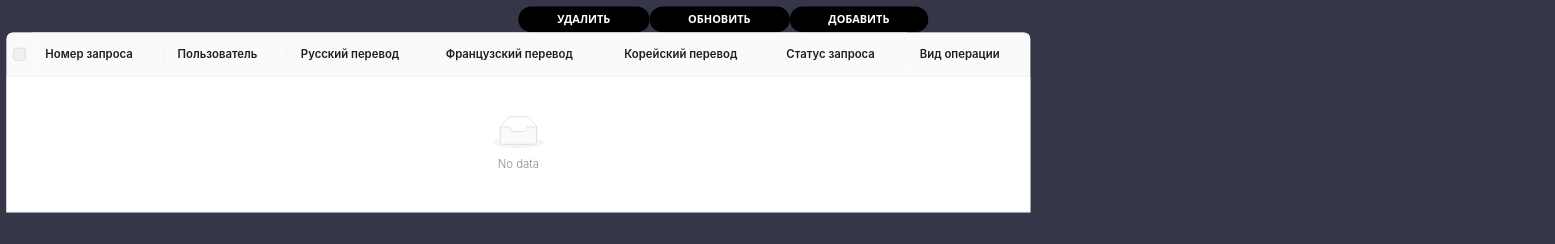
Repository: DoctorLivchic/is_audio_idioms_front
Page: /Activity_moderator_and_expert/Activity_moderator
The author's editor kept a copy of each file at every save. The page is drawn from the files as they stood at one save, then again after the next save.
The browser window is 1280 px wide. The page is 1904 px wide, then 2018 px, so the pictures cover 1920 px, including what lies to the right of the window. The pictures show the whole page, at 81% of full size.
The page's requests for data from a server got no answer. The project was rebuilt for these pictures with package versions that can differ from the ones it lists, and the page was loaded fresh each time. No one was signed in, and anything a server would have sent is missing. Also part of the build but not shown: src/CONST.js, src/main/Main.js, src/main_page/Main_page_aut.js, src/main_page/Main_page.js, src/main/Main_aut.js, src/Authorization.js, src/Authorization_Other.js, src/Users_personal_account.js and 4 more.

Above is the page before, as saved 2023-04-14 19:20:11.

### src/index.js
import React from 'react';
import ReactDOM from 'react-dom/client';
import App from './App';
import './Main.css'


//ReactDOM.render(<App/>,document.getElementById('root'));

const root = ReactDOM.createRoot(document.getElementById('root'));
root.render(
  <React.StrictMode>
    <App/>
  </React.StrictMode>
);

### src/App.js
import React, { Component } from 'react';
import Main from './main/Main';
import Main_page_aut from './main_page/Main_page_aut';
import Main_page from './main_page/Main_page';
import Main_aut from './main/Main_aut'
import Authorization from './Authorization';
import Authorization_Other from './Authorization_Other';
import Users_personal_account from './Users_personal_account';
import Expert_personal_account from './Expert_personal_account';
import Moderator_personal_account from './Moderator_personal_account';
import Addendum from './user_action/Addendum';
import Editing from './user_action/Editing';
import Activity_moderator from './Activity_moderator_and_expert/Activity_moderator';
import { Route, Routes, BrowserRouter } from 'react-router-dom';
import { useState, useEffect } from 'react'
import { supabase } from './supabaseClient'


export default function App() {

  const [session, setSession] = useState(null)

  useEffect(() => {
    supabase.auth.getSession().then(({ data: { session } }) => {
      setSession(session)
    })

    supabase.auth.onAuthStateChange((_event, session) => {
      setSession(session)
    })
  }, [])
  return(
    <div className='App'>
      <div className="ty">
     <BrowserRouter>
         <Routes>
             <Route  path='/main/Main' element={<Main />}/>
             <Route  path='/avtorizacia/Authorization' element={<Authorization />}/>
             <Route  path='/' element={<Main_page />}/>
             <Route  path='/Users_personal_account' element={<Users_personal_account />}/>
             <Route  path='/Expert_personal_account' element={<Expert_personal_account />}/>
             <Route  path='/Moderator_personal_account' element={<Moderator_personal_account />}/>
             <Route  path='/main_page/Main_page_aut' element={<Main_page_aut />}/>
             <Route  path='/main/Main_aut' element={<Main_aut />}/>
             <Route  path='/Authorization_Other' element={<Authorization_Other />}/>
             <Route  path='/user_action/Addendum' element={<Addendum />}/>
             <Route  path='/user_action/Editing' element={< Editing  />}/>
             <Route  path='/Activity_moderator_and_expert/Activity_moderator' element={< Activity_moderator  />}/>
           </Routes>
         </BrowserRouter>
     </div>
    </div>

   );
 }



  // return (
  //   <div className="container" style={{ padding: '50px 0 100px 0' }}>
  //     {!session ? <Auth /> : <Account key={session.user.id} session={session} />}
  //   </div>
  // )

### src/Main.css
/*===========================
  Меню перевода
============================*/
.headerleft{
  display: table-cell;
  vertical-align: middle;
  background-color: #eeeeee;
  position: relative;
  left: 24%;
  border-radius: 20px;
  width: 44%;
}
.headercenter{
  display: table-cell;
  vertical-align:middle;
  position: relative;
  left: 63%;
}
.headerRight{
  display: table-cell;
  vertical-align: middle;
  background-color: #eeeeee;
  position: relative;
  left: 100%;
  border-radius: 20px;
  width: 44%;
}

.languagelabel {
  background: #ffffff;
  position: relative;
  box-shadow: 0px 10px 20px rgba(0, 0, 0, 0.3);
  border-radius: 15px;
  margin: 20%;
  display: table;
  left: 10%;
  width: 50%;
}

.buttom-block-left {
  display: table;
  margin-left: 25%;
  margin-right: 7vw;
  margin-top: 35%;
}
.buttom-block-right {
  display: table;
  margin-left: 25%;
  margin-right: 7vw;
  margin-top: 35%;
}
.search-block-left{
  margin-right: 2vw;
  width: 0em;
  margin-top: 50px;
}
.search-block-right {
  display: block;
  margin-left: 13vw;
  margin-right: 5vw;
  width: 10em;
  margin-top: 82px;
}
.buttom-audio{
  position: relative;
  left: 68%;

}

body {
  font-family: "Poppins", sans-serif;
  font-weight: 300;
  font-size: 15px;
  line-height: 1.7;
  color: #c4c3ca;
  background-color: #282a3def;
  overflow-x: hidden;
}
a {
  cursor: pointer;
  transition: all 200ms linear;
  position: relative;
  left: -0%;
}
a:hover {
  text-decoration: none;
}
.link {
  color: #c4c3ca;
}
.link:hover {
  color: #ffeba7;
}
p {
  font-weight: 500;
  font-size: 14px;
  line-height: 1.7;
}
h4 {
  font-weight: 600;
  position: relative;
  left: -8%;
}
h6 span {
  padding: 0 30px;
  text-transform: uppercase;
  font-weight: 750;
  color: #929292ea;
  position: relative;
  left: 2.9%;
}
h2{
  position: relative;
  left: 0.5%;
  top: -60px;
  color: #cececeea;
  font-size: 200%;
}
.section {
  position: relative;

  width: 100%;
  display: block;
}
.full-height {
  min-height: 100vh;
}
[type="checkbox"]:checked,
[type="checkbox"]:not(:checked) {
  position: absolute;
  left: -9999px;
}
.Text_area{
  position: relative;
  left: -24%;
  height: 150px;
  width: 130%;




}
/*===========================
	Авторизация
============================*/
.checkbox:checked + label,
.checkbox:not(:checked) + label {
  position: relative;
  left: 2.5%;
  display: block;
  text-align: center;
  width: 60px;
  height: 16px;
  border-radius: 8px;
  padding: 0;
  margin: 10px auto;
  cursor: pointer;
  background-color: #ffeba7;
}
.checkbox:checked + label:before,
.checkbox:not(:checked) + label:before {
  position: absolute;
  display: block;
  width: 36px;
  height: 36px;
  border-radius: 50%;
  color: #ffeba7;
  background-color: #102770;
  font-family: "unicons";
  content: "\eb4f";
  z-index: 20;
  top: -10px;
  left: -10px;
  line-height: 36px;
  text-align: center;
  font-size: 24px;
  transition: all 0.5s ease;
}
.checkbox:checked + label:before {
  transform: translateX(44px) rotate(-270deg);
}

/*----------------------------------------------*/
.card-3d-wrap {
  position: relative;
  width: 440px;
  max-width: 100%;
  height: 400px;
  -webkit-transform-style: preserve-3d;
  transform-style: preserve-3d;
  perspective: 800px;
  margin-top: 60px;
}
.card-3d-wrapper {
  width: 120%;
  height: 120%;
  position: absolute;
  top: 0;
  left: 0;
  -webkit-transform-style: preserve-3d;
  transform-style: preserve-3d;
  transition: all 600ms ease-out;
}
.card-front,
.card-back {
  width: 100%;
  height: 100%;
  background-color: #2a2b38;
  /*background-image: url("https://s3-us-west-2.amazonaws.com/s.cdpn.io/1462889/pat.svg");*/
  background-position: bottom center;
  background-repeat: no-repeat;
  background-size: 300%;
  position: absolute;
  border-radius: 6px;
  left: -5;
  top: 60;
  -webkit-transform-style: preserve-3d;
  transform-style: preserve-3d;
  -webkit-backface-visibility: hidden;
  -moz-backface-visibility: hidden;
  -o-backface-visibility: hidden;
  backface-visibility: hidden;
}
.card-back {
  transform: rotateY(180deg);
}


/*Стили для регистрации\авторизации модераторов\экспертов */

.card-front_Other,
.card-back_Other {
  width: 100%;
  height: 210%;
  background-color: #2a2b38;
  /*background-image: url("https://s3-us-west-2.amazonaws.com/s.cdpn.io/1462889/pat.svg");*/
  background-position: bottom center;
  background-repeat: no-repeat;
  background-size: 300%;
  position: absolute;
  border-radius: 6px;
  left: -5;
  top: 60;
  -webkit-transform-style: preserve-3d;
  transform-style: preserve-3d;
  -webkit-backface-visibility: hidden;
  -moz-backface-visibility: hidden;
  -o-backface-visibility: hidden;
  backface-visibility: hidden;
}
.card-back_Other {
  transform: rotateY(180deg);
}



.card-front_Add{
  width: 100%;
  height: 100%;
  background-color: #2a2b38;
  /*background-image: url("https://s3-us-west-2.amazonaws.com/s.cdpn.io/1462889/pat.svg");*/
  background-position: bottom center;
  background-repeat: no-repeat;
  background-size: 300%;
  position: absolute;
  border-radius: 6px;
  left: -5;
  top: 60;
  -webkit-transform-style: preserve-3d;
  transform-style: preserve-3d;
  -webkit-backface-visibility: hidden;
  -moz-backface-visibility: hidden;
  -o-backface-visibility: hidden;
  backface-visibility: hidden;
}




.checkbox:checked ~ .card-3d-wrap .card-3d-wrapper {
  transform: rotateY(180deg);
}
.center-wrap {
  position: absolute;
  width: 100%;
  padding: 0 35px;
  top: 50%;
  left: 0;
  transform: translate3d(0, -50%, 35px) perspective(100px);
  z-index: 20;
  display: block;
}
.form-group {
  position: relative;
  left: -15%;
  display: block;
  margin: 0;
  padding: 0;
  width: 70%;
  height: 90%;
}
.form-style {
  padding: 13px 20px;
  padding-left: 55px;
  height: 48px;
  width: 100%;
  font-weight: 500;
  border-radius: 4px;
  font-size: 14px;
  line-height: 22px;
  letter-spacing: 0.5px;
  outline: none;
  color: #c4c3ca;
  background-color: #1f2029;
  border: none;
  -webkit-transition: all 200ms linear;
  transition: all 200ms linear;
  box-shadow: 0 4px 8px 0 rgba(255, 253, 253, 0.496);
}
.form-style1{
  padding: 13px 20px;
  padding-left: 55px;
  height: 48px;
  width: 100%;
  font-weight: 500;
  border-radius: 4px;
  font-size: 14px;
  line-height: 22px;
  letter-spacing: 0.5px;
  outline: none;
  color: #c4c3ca;
  background-color: #1f2029;
  border: none;
  -webkit-transition: all 200ms linear;
  transition: all 200ms linear;
  box-shadow: 0 4px 8px 0 rgba(246, 52, 52, 0.496);
}
.form-style:focus,
.form-style:active {
  border: none;
  outline: none;
  box-shadow: 0 4px 8px 0 rgba(255, 253, 253, 0.496);
}
.input-icon {
  position: absolute;
  top: 0;
  left: 18px;
  height: 48px;
  font-size: 24px;
  line-height: 48px;
  text-align: left;
  color: #ffeba7;
  -webkit-transition: all 200ms linear;
  transition: all 200ms linear;
}

.form-group input:-ms-input-placeholder {
  color: #c4c3ca;
  opacity: 0.7;
  -webkit-transition: all 200ms linear;
  transition: all 200ms linear;
}
.form-group input::-moz-placeholder {
  color: #c4c3ca;
  opacity: 0.7;
  -webkit-transition: all 200ms linear;
  transition: all 200ms linear;
}
.form-group input:-moz-placeholder {
  color: #c4c3ca;
  opacity: 0.7;
  -webkit-transition: all 200ms linear;
  transition: all 200ms linear;
}
.form-group input::-webkit-input-placeholder {
  color: #c4c3ca;
  opacity: 0.7;
  -webkit-transition: all 200ms linear;
  transition: all 200ms linear;
}
.form-group input:focus:-ms-input-placeholder {
  opacity: 0;
  -webkit-transition: all 200ms linear;
  transition: all 200ms linear;
}
.form-group input:focus::-moz-placeholder {
  opacity: 0;
  -webkit-transition: all 200ms linear;
  transition: all 200ms linear;
}
.form-group input:focus:-moz-placeholder {
  opacity: 0;
  -webkit-transition: all 200ms linear;
  transition: all 200ms linear;
}
.form-group input:focus::-webkit-input-placeholder {
  opacity: 0;
  -webkit-transition: all 200ms linear;
  transition: all 200ms linear;
}

/*------------------Стиль кнопоки заменить на вкладке перевода------------------------*/

/*------------------Стиль кнопок------------------------*/

.btn-7,
.btn-7 *,
.btn-7 :after,
.btn-7 :before,
.btn-7:after,
.btn-7:before {
  border: 0 solid;
  box-sizing: border-box;
}
.btn-7 {
  -webkit-align-items: center;
  -moz-align-items: center;
  -ms-align-items: center;
  align-items: center;
  -webkit-justify-content: center;
  -moz-justify-content: center;
  -ms-justify-content: center;
  justify-content: center;
  -ms-flex-pack: center;
  text-align: center;
  border: none;
  -webkit-tap-highlight-color: transparent;
  background-color: #000;
  background-image: none;
  color: #fff;
  cursor: pointer;
  font-family: ui-sans-serif, system-ui, -apple-system, BlinkMacSystemFont,
    Segoe UI, Roboto, Helvetica Neue, Arial, Noto Sans, sans-serif,
    Apple Color Emoji, Segoe UI Emoji, Segoe UI Symbol, Noto Color Emoji;
  font-size: 90%;
  font-weight: 900;
  line-height: 0.5;
  margin: 0;
  padding: 0;
  text-transform: uppercase;
}
.btn-7:disabled {
  cursor: default;
}
.btn-7:-moz-focusring {
  outline: auto;
}

.btn-7 [hidden] {
  display: none;
}
.btn-7 {
  border-radius: 99rem;
  border-width: 2px;
  overflow: hidden;
  padding: 0.8rem 3rem;
  position: relative;
}
.btn-7 span {
  mix-blend-mode: difference;
}
.btn-7:before {
  background: #fff;
  -webkit-clip-path: polygon(
    0 calc(var(--progress, 100%) / 2),
    100% calc(var(--progress, 100%) / 2),
    100% calc(100% - var(--progress, 100%) / 2),
    0 calc(100% - var(--progress, 100%) / 2)
  );
  clip-path: polygon(
    0 calc(var(--progress, 100%) / 2),
    100% calc(var(--progress, 100%) / 2),
    100% calc(100% - var(--progress, 100%) / 2),
    0 calc(100% - var(--progress, 100%) / 2)
  );
  content: "";
  inset: 0;
  position: absolute;
  transition: -webkit-clip-path 0.2s ease;
  transition: clip-path 0.2s ease;
  transition: clip-path 0.2s ease, -webkit-clip-path 0.2s ease;
}
.btn-7:hover:before {
  --progress: 0%;
}
/*------------------Стиль кнопок------------------------*/
.btn {
  border-radius: 10px;
  height: 44px;
  font-size: 13px;
  font-weight: 600;
  text-transform: uppercase;
  -webkit-transition: all 200ms linear;
  transition: all 200ms linear;
  padding: 0 30px;
  letter-spacing: 1px;
  display: -webkit-inline-flex;
  display: -ms-inline-flexbox;
  display: inline-flex;
  -webkit-align-items: center;
  -moz-align-items: center;
  -ms-align-items: center;
  align-items: center;
  -webkit-justify-content: center;
  -moz-justify-content: center;
  -ms-justify-content: center;
  justify-content: center;
  -ms-flex-pack: center;
  text-align: center;
  border: none;
  background-color: #ffeba7;
  color: #102770;
  box-shadow: 0 8px 24px 0 rgba(218, 216, 78, 0.2);
}

.btn:active,
.btn:focus {
  background-color: #102770;
  color: #ffeba7;
  box-shadow: 0 8px 24px 0 rgba(16, 39, 112, 0.2);
}
.btn:hover {
  background-color: #102770;
  color: #ffeba7;
  box-shadow: 0 8px 24px 0 rgba(16, 39, 112, 0.2);
}


.logo {
  position: absolute;
  top: 30px;
  right: 30px;
  display: block;
  z-index: 100;
  transition: all 250ms linear;
  background-image: url("./img/Logo.png");
}
/*===========================
	Авторизация конец
============================*/

/*Main_page*/

.header {
  background: linear-gradient(-154deg, #42bc7f, #3d8963);
}
.header .navbar-collapse {
  padding: 0;
}
.header .header-inner {
  background: linear-gradient(-154deg, #42bc7f, #3d8963);
  -webkit-box-shadow: 0px 0px 5px #000;
  -moz-box-shadow: 0px 0px 5px #000;
  box-shadow: 0px 0px 5px #000;
  z-index: 9000;
}
.header .navbar-nav {
  float: right;
  margin: 0;
}
.header .logo {
  float: left;
  padding-top: 17px;
}
.header .navbar {
  background: none;
  box-shadow: none;
  border: none;
  margin: 0;
  min-height: 0px;
}
.header .nav li {
  float: left;
  position: relative;
}
.header .nav li:last-child {
  margin: 0;
}
.header .nav li a {
  color: #ffffff;
  font-size: 14px;
  font-weight: 500;
  text-transform: uppercase;
  padding: 25px 15px;
  position: relative;
  display: inline-block;
  box-shadow: none;
  text-shadow: none;
}
.header .nav li:hover a,
.header .nav li.current a {
  color: #fff;
}
.header .nav li:hover a {
  color: #fff;
}
.header .nav li .dropdown {
  background: #333;
  width: 220px;
  position: absolute;
  left: 40px;
  z-index: 99;
  opacity: 0;
  visibility: hidden;
  -webkit-transition: all 0.4s ease;
  -moz-transition: all 0.4s ease;
  transition: all 0.4s ease;
}
.header .nav li:hover .dropdown {
  opacity: 1;
  visibility: visible;
  left: 0px;
}
.header .nav li .dropdown li {
  float: none;
  margin: 0;
}
.header .nav li .dropdown li a {
  padding: 10px 15px;
  color: #fff;
  display: block;
}
.header .nav li .dropdown li i {
  float: right;
}
.header .nav li .dropdown li:hover a {
  color: #42bc7f;
}
.header .nav li .dropdown li a:before {
  display: none;
}
.header .nav li .dropdown .sub-dropdown {
  position: absolute;
  top: 10%;
  left: 150%;
  width: 220px;
  background: #333;
  opacity: 0;
  visibility: hidden;
  transition: all 0.4s ease;
}
.header .nav li .dropdown li:hover .sub-dropdown {
  opacity: 1;
  left: 110%;
  visibility: visible;
}
.header .nav li .dropdown .sub-dropdown li:hover a {
  color: #42bc7f;
}
.header .nav li .dropdown .sub-dropdown li a {
  color: #fff;
}

a,
button {
  -webkit-transition: all 0.3s ease;
  -moz-transition: all 0.3s ease;
  transition: all 0.3s ease;
  outline: none;
  box-shadow: none;
  text-decoration: none;
}

.slider {
  position: relative;
  top: 140%;
  height: 180%;
  background-size: cover;
  background-position: center;
}
.slidermain{
  position: relative;
  top: 140%;
  height: 180%;
  background-size: cover;
  background-position: center;
}
.slidermain:before {
  position: absolute;
  left: 0%;
  top: -3%;
  content: "";
  height: 300%;
  width: 100%;
  background: rgba(23, 25, 36, 0.711);
  opacity: 0.4;
}
.slider_account:before {
  position: absolute;
  left: 0%;
  top: 40%;
  content: "";
  height: 280%;
  width: 100%;
  background: rgba(23, 25, 36, 0.711);
  opacity: 0.4;
}
.slider:before {
  position: absolute;
  left: 0%;
  top: -60%;
  content: "";
  height: 650%;
  width: 100%;
  background: rgba(23, 25, 36, 0.711);
  opacity: 0.4;
}
.slider {
  height: 140%;
  background-size: cover;
  background-position: center;
}
.slider .text {
  margin-top: 227px;
}
.slider h1 {
  color: #fff;
  font-size: 60px;
  font-weight: 600;
  margin: 0 0 30px;
}
.slider p {
  color: #fff;
}
.slider .button {
  margin-top: 30px;
}
.slider .button .btn {
  margin-right: 10px;
  background: #fff;
  color: #333;
  border-radius: 0px;
}
.slider .button .btn:last-child {
  margin-right: 0px;
}
.slider .button .btn i {
  margin-right: 7px;
}
.slider .button .btn:hover {
  color: #fff;
  background: #102770;
}
.slider .button .primary {
  background: #102770;
  color: #fff;
}
.slider .button .primary:hover {
  color: rgb(34, 34, 34);
  background: #fff;
}
/*Main_page_menu*/
.navig {
  margin: 0;
  padding: 0;
  border: 0;
  font-size: 100%;
  font: inherit;
  vertical-align: baseline;
}

header {
  padding-top: 2%;
  -webkit-box-shadow: 0 0 1px rgba(0, 0, 0, 0.04);
  box-shadow: 0 0 1px rgba(0, 0, 0, 0.04);
}
/*Панели навигации кнопок*/
.navig {
  position: relative;
  left: 67%;
  top: 60px;
  width: -90%;
}
.navig_main {
  position: relative;
  left: 90%;
  width: -90%;
}
.navig_main_page_aut{
  position: relative;
  left: 5%;
  width: -90%;
}
.navig_us_acc{
  position: relative;
  left:12%;
  width: -100%;
}
.navig_ex_acc{
  position: relative;
  left: 77%;
  width: -100%;
}
.navig_mod_acc{
  position: relative;
  left: 77%;
  width: -100%;
}
.navig a {
  display: block;
  text-decoration: none;
}
.navig > li {
  float: left;
  margin-right: 3px;
}

/*===========================
	Footer CSS
============================*/
.footer {
  position: absolute;
  top: 280%;
  padding: 0;
}
.footer .footer-top {
  text-align: center;
  padding: 90px 0;
  background: #232328;
}
.footer .logo {
  margin-bottom: 10%;
}
.footer .social li {
  display: inline-block;
  margin-right: 10px;
}
.footer .social li:last-child {
  margin: 0;
}
.footer .social li a {
  width: 42px;
  height: 42px;
  border-radius: 0px;
  background: #232328;
  border: 1px solid #42bc7f;
  line-height: 42px;
  text-align: center;
  display: block;
  color: #42bc7f;
}
.footer .social li a:hover {
  box-shadow: 0px 0px 5px #42bc7f inset;
  color: #fff;
}
.footer .social li span {
  font-size: 18px;
}
.footer .copyright {
  background: #1d1d21;
  text-align: center;
  padding: 25px 0;
}
.footer .copyright p {
  color: #666666;
}
/*===========================
	End Footer CSS
============================*/

/*===========================
	Footer CSS Main
============================*/
.footer_main {
  position: absolute;
  top: 183%;
  padding: 0;
}
.footer_main .footer-top {
  text-align: center;
  padding: 90px 0;
  background: #232328;
}
.footer_main .logo {
  margin-bottom: 10%;
}
.footer_main .social li {
  display: inline-block;
  margin-right: 10px;
}
.footer_main .social li:last-child {
  margin: 0;
}
.footer_main .social li a {
  width: 42px;
  height: 42px;
  border-radius: 0px;
  background: #232328;
  border: 1px solid #42bc7f;
  line-height: 42px;
  text-align: center;
  display: block;
  color: #42bc7f;
}
.footer_main .social li a:hover {
  box-shadow: 0px 0px 5px #42bc7f inset;
  color: #fff;
}
.footer_main .social li span {
  font-size: 18px;
}
.footer_main .copyright {
  background: #1d1d21;
  text-align: center;
  padding: 25px 0;
}
.footer_main .copyright p {
  color: #666666;
}
/*===========================
	End Footer CSS Main
============================*/

ul, ol {
  list-style: none;
  margin: 0;
  padding: 0;
}

.searchModule {
  width: 500px;
  color: #252a32;
  overflow: hidden;
}

.searchModule input {
  padding: 15px;
  border-radius: 3px;
  outline: none;
  border: none;
  width: 100%;
  font-size: 1.3rem;
  border: 1px solid transparent;
  background-color: #ffffff;
}

.searchModule input:focus {
  border: 1px solid rgb(47, 110, 245);
}

.searchModule ul {
  padding: 0;
  overflow: hidden;
  overflow-y: auto;
  width: 100%;
  margin-top: 1px;
  border-radius: 3px;
  max-height: 310px;
  background-color: #ffffff;
}

.searchModule ul li {
  padding: 15px;
  background: white;
  border-bottom: 1px solid #c7c0c0;
  margin-top: 0.5px;
}

.searchModule li:hover {
  color: rgb(241, 249, 249);
  border-color: rgb(47, 110, 245);
  background-color: rgb(47, 110, 245);
}

### src/Activity_moderator_and_expert/Activity_moderator.js
import React from 'react';
import { useEffect, useState } from "react";
import { Layout, Space, message, notification } from 'antd';
import {useNavigate} from "react-router-dom";
import {Button, Form, Input, Checkbox, Select, Table } from 'antd';
import { supabase } from '../supabaseClient.js';
import Item from 'antd/es/list/Item.js';


const columns = [
  {
      title:'Номер запроса',
      dataIndex:'request_id',
      key:'request_id'
  },
  {
      title:'Пользователь',
      dataIndex:'user_id',
      key:'user_id'
  },
  {
      title:'Русский перевод',
      dataIndex:'rus_request',
      key:'rus_request'
  },
  {
      title:'Французский перевод',
      dataIndex:'fre_request',
      key:'fre_request'
  },
  {
    title:'Корейский перевод',
    dataIndex:'kor_request',
    key:'kor_request'
},
{
  title:'Статус запроса',
  dataIndex:'status_id',
  key:'status_id'
},
{
  title:'Вид операции',
  dataIndex:'type_id',
  key:'type_id'
}
]

const GridDataOption = {
  rowCount:10,
  page:1,
  orderBy:'request_id',
  from:'request'
}

function update(){
window.location.reload();
}



export default function Activity_moderator() {
  const [request, setrequest] = useState([]);
  const [selectedRowKeys, setSelectedRowKeys] = useState([]);

  const onSelectChange = (newSelectedRowKeys) => {
    console.log('selectedRowKeys changed: ', newSelectedRowKeys);
    setSelectedRowKeys(newSelectedRowKeys);

};

const rowSelection = {
    selectedRowKeys,
    onChange:onSelectChange
};

  useEffect(() => {
    getrequest();
  }, []);

  async function getrequest() {
    // const request = await supabase.from("request").select();
    // const data = (await request).data;
    const request = await supabase.from("request").select();
    const req = (await request).data;
      const data = await supabase
      .from('request')
      .select()
      .eq('status_id', `${1}`)

    setrequest(data.data)

  }

  async function delete_row(){
    const request = await supabase.from("request").select().filter('type_id','not.gt',1);
    const data1 = (await request).data;
    for (let i = 0; i < selectedRowKeys.length; i++){
        try {
          const { error } = await supabase
          .from('request')
          .delete()
          .eq('request_id',selectedRowKeys.at(i));
          console.log("Запись удалена",selectedRowKeys.at(i))

    }
    catch (error) {
      notification.open({message:'Ошибка',description:'Ошибка,некоректно введены данные'});
    }
    }
    getrequest()
    update()
    }

  async function fe(reqId){
      reqId=23
      const data = await supabase
      .from('request')
      .select('request_id, status_id')
      .eq('request_id', `${reqId}`)
      const reqStatus = data.data;
      console.log('request_status '+ reqStatus[0]['status_id'])
    }


  return (
    <div className='Activ_moder'>
    <div style={{position: 'relative', left:'50%' }}>
    <Button onClick={delete_row} className='btn-7'>Удалить</Button>
    <Button onClick={update} className='btn-7'>Обновить</Button>
    <Button onClick={fe} className='btn-7'>Добавить</Button>

    </div>
    <Table

    dataSource={request}
    columns={columns}
    rowSelection={rowSelection}
    rowKey={(record) => record.request_id}
    onRow={(record) => ({
      onClick: () => {

      },
  })}
    />
  </div>
  );
}

### src/supabaseClient.js
import { createClient } from '@supabase/supabase-js'

const supabaseUrl = 'https://inyxfjfjxzdevxwzukie.supabase.co'
const supabaseAnonKey = 'eyJhbGciOiJIUzI1NiIsInR5cCI6IkpXVCJ9.eyJpc3MiOiJzdXBhYmFzZSIsInJlZiI6ImlueXhmamZqeHpkZXZ4d3p1a2llIiwicm9sZSI6ImFub24iLCJpYXQiOjE2NzIyNDUzMTYsImV4cCI6MTk4NzgyMTMxNn0.eg_vLYQmFvtaNK1n55R675sP9gcmyhCQt_KdTh0wKmQ'

export const supabase = createClient(supabaseUrl, supabaseAnonKey)

Loaded but not shown: public/index.html (common file)

After the next save:
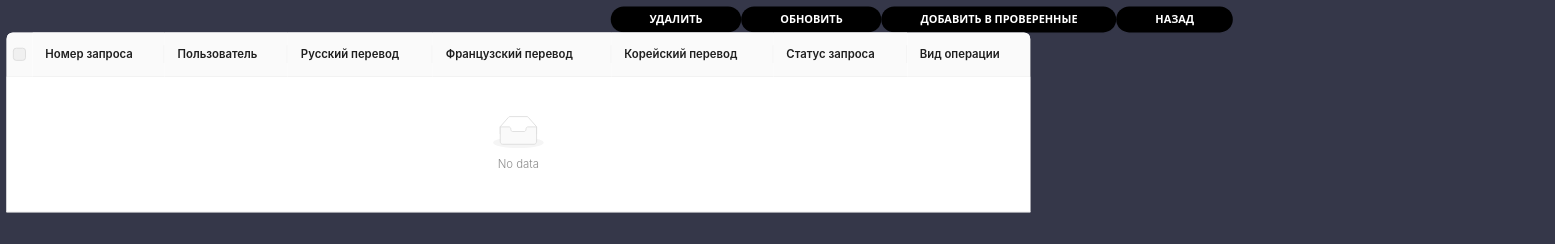
Saved 84 s later.
--- a/src/Activity_moderator_and_expert/Activity_moderator.js
+++ b/src/Activity_moderator_and_expert/Activity_moderator.js
@@ -111,24 +111,36 @@ const rowSelection = {
     update()
     }
 
-  async function fe(reqId){
-      reqId=23
-      const data = await supabase
-      .from('request')
-      .select('request_id, status_id')
-      .eq('request_id', `${reqId}`)
-      const reqStatus = data.data;
-      console.log('request_status '+ reqStatus[0]['status_id'])
+  async function push_request(){
+    for (let i = 0; i < selectedRowKeys.length; i++){
+        try {
+          var update1 = ((new Date()).toISOString()).toLocaleString();
+          const { error } = await supabase
+          .from('request')
+          .update({status_id:'4',update_at:(update1)})
+          .eq('request_id',selectedRowKeys.at(i));
+          console.log("Запись обновлена")
+          console.log((update1))
+          // console.log((update1.toISOString()))
+
     }
+    catch (error) {
+      notification.open({message:'Ошибка',description:error.message});
+    }
+    }
+    getrequest()
+    // update()
+  }
 
 
+  const navigate = useNavigate();
   return (
     <div className='Activ_moder'>
-    <div style={{position: 'relative', left:'50%' }}>
+    <div style={{position: 'relative', left:'59%' }}>
     <Button onClick={delete_row} className='btn-7'>Удалить</Button>
     <Button onClick={update} className='btn-7'>Обновить</Button>
-    <Button onClick={fe} className='btn-7'>Добавить</Button>
-
+    <Button onClick={push_request} className='btn-7'>Добавить в проверенные</Button>
+    <Button onClick={() => {navigate("/Moderator_personal_account")}} className='btn-7'>Назад</Button>
     </div>
     <Table
 
